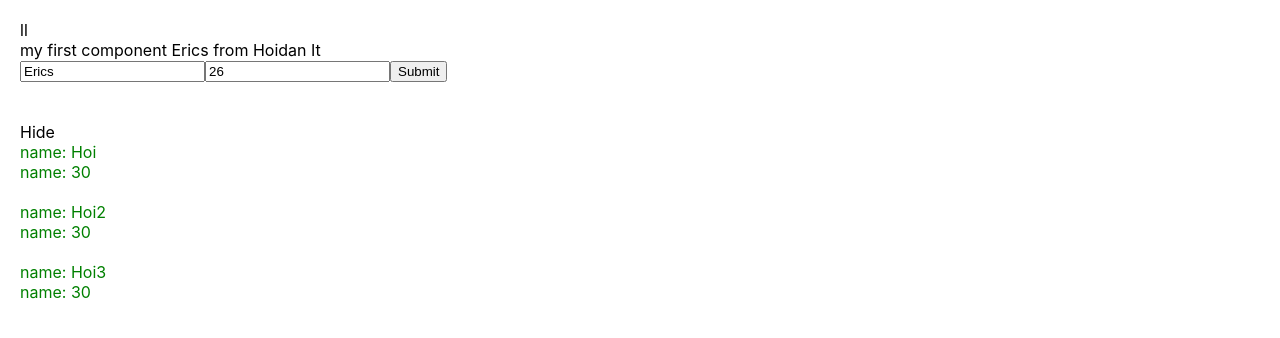
Repository: tvvn12/React-demo
Page: /
These files come from the project's save history. The page is drawn as it stood at one moment and after the next save; the edit follows.
The browser window is 1280 px wide. The pictures show the whole page.
The project was rebuilt for these pictures with package versions that can differ from the ones it lists, and the page was loaded fresh each time.

Above is the page before, as saved 2024-03-05 14:51:49.

### src/index.js
import React from "react";
import ReactDOM from "react-dom/client";
import App from "./App";
import reportWebVitals from "./reportWebVitals";
import { Provider } from "react-redux";
import store from "./redux/store";

const root = ReactDOM.createRoot(document.getElementById("root"));
root.render(
  <Provider store={store}>
    <App />
  </Provider>
);

// If you want to start measuring performance in your app, pass a function
// to log results (for example: reportWebVitals(console.log))
// or send to an analytics endpoint. Learn more: https://bit.ly/CRA-vitals
reportWebVitals();

### src/App.js
import React from "react";
import MyComponent from "./components/MyComponent";
import "./App.css";
class App extends React.Component {
  render() {
    return (
      <div className="App">
        ll
        <MyComponent></MyComponent>
      </div>
    );
  }
}
// const App = () => {
//   //   return (
//   //     <div className="App">
//   //       ll
//   //       <MyComponent></MyComponent>
//   //     </div>
//   //   );
//   // };
// };
// const App = () => {
//   return (
//     <div className="App">
//       ll
//       <MyComponent></MyComponent>
//     </div>
//   );
// };

export default App;

### src/components/MyComponent.js
import React from "react";
import AddUserInfo from "./AddUserInfor";
import DisplayInfo from "./DisplayInfo";

class MyComponent extends React.Component {
  state = {
    listUsers: [
      {
        id: 1,
        name: "Hoi",
        age: "30",
      },
      {
        id: 2,
        name: "Hoi2",
        age: "30",
      },
      {
        id: 3,
        name: "Hoi3",
        age: "30",
      },
    ],
  };
  handleAddNew = (userObj) => {
    alert("me");
  };
  render() {
    return (
      <div>
        <AddUserInfo handleAddNew={this.handleAddNew} />
        <br />
        <br />

        <DisplayInfo users={this.state.listUsers}></DisplayInfo>
      </div>
    );
  }
}

export default MyComponent;

### src/App.css
body {
  padding: 20px;
  margin: 0;
  font-family: -apple-system, BlinkMacSystemFont, "Segoe UI", "Roboto", "Oxygen",
    "Ubuntu", "Cantarell", "Fira Sans", "Droid Sans", "Helvetica Neue",
    sans-serif;
  -webkit-font-smoothing: antialiased;
  -moz-osx-font-smoothing: grayscale;
}

code {
  font-family: source-code-pro, Menlo, Monaco, Consolas, "Courier New",
    monospace;
}

/*  */
.red {
  color: red;
}
.green {
  color: green;
}
.App-logo {
  height: 40vmin;
  pointer-events: none;
}

@media (prefers-reduced-motion: no-preference) {
  .App-logo {
    animation: App-logo-spin infinite 20s linear;
  }
}

.App-header {
  background-color: #282c34;
  min-height: 100vh;
  display: flex;
  flex-direction: column;
  align-items: center;
  justify-content: center;
  font-size: calc(10px + 2vmin);
  color: white;
}

.App-link {
  color: #61dafb;
}

@keyframes App-logo-spin {
  from {
    transform: rotate(0deg);
  }
  to {
    transform: rotate(360deg);
  }
}

### src/components/AddUserInfor.js
import React from "react";

class AddUserInfo extends React.Component {
  state = {
    name: "Erics",
    address: "Hoidan It",
    age: 26,
  };
  // handleClick(event) {
  //   console.log(event);
  // }
  // handleMouse(event) {
  //   console.log(event.pageX);
  // }
  handleOnchange(event) {
    console.log(event, event.target.value);
    this.setState({
      name: event.target.value,
      age: event.target.value,
    });
  }
  handleOnSubmit(e) {
    e.preventDefault();
    this.props.handleAddNew();
  }
  render() {
    return (
      <div className="">
        my first component {this.state.name} from {this.state.address}
        {/* <button onMouseOver={this.handleMouse} onClick={this.handleClick}>
          Click me
        </button> */}
        <form action="" onSubmit={(e) => this.handleOnSubmit(e)}>
          <input
            value={this.state.name}
            onChange={(event) => this.handleOnchange(event)}
            type="text"
            name=""
            id=""
          />
          <input
            value={this.state.age}
            onChange={(event) => this.handleOnchange(event)}
            type="text"
            name=""
            id=""
          />
          <button>Submit</button>
        </form>
      </div>
    );
  }
}
export default AddUserInfo;

### src/components/DisplayInfo.js
import React from "react";

class DisplayInfo extends React.Component {
  state = {
    isShow: true,
  };
  handleClick = () => {
    this.setState({
      isShow: !this.state.isShow,
    });
  };
  render() {
    const { users } = this.props;

    console.log(this.props);
    return (
      <div className="">
        <div className="">
          <span
            onClick={() => {
              this.handleClick();
            }}
          >
            {this.state.isShow === true ? "Hide" : "Show"}
          </span>
        </div>
        {this.state.isShow && (
          <div>
            {users.map((item, index) => {
              return (
                <div key={item.id} className={+item.age > 30 ? "red" : "green"}>
                  <div className="">name: {item.name}</div>
                  <div className="">name: {item.age}</div>
                  <br />
                </div>
              );
            })}
          </div>
        )}
      </div>
    );
  }
}

export default DisplayInfo;

Loaded but not shown: public/index.html (common file); src/reportWebVitals.js (common file); src/redux/store.js (common file); src/redux/reducer/rootReducer.js (common file); src/redux/reducer/counterReducer.js (common file); src/redux/action/counterAction.js (common file)

After the next save:
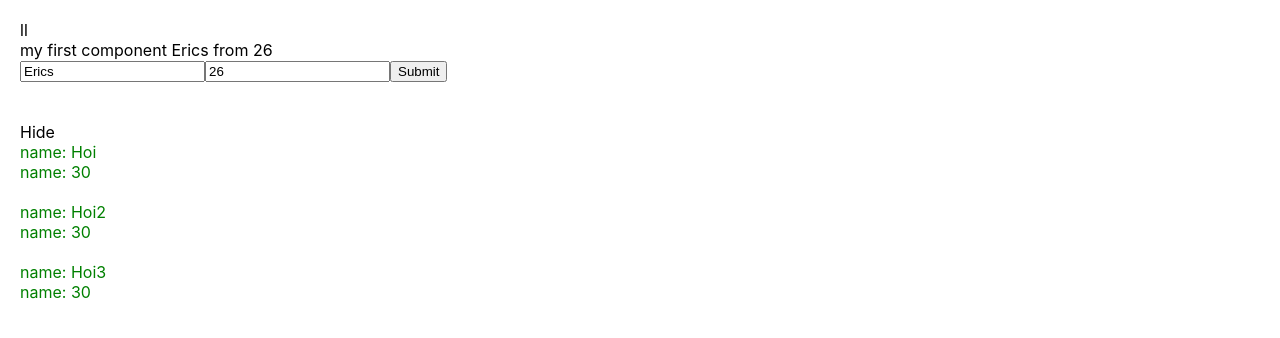
Saved 12 s later.
--- a/src/components/AddUserInfor.js
+++ b/src/components/AddUserInfor.js
@@ -26,7 +26,7 @@ class AddUserInfo extends React.Component {
   render() {
     return (
       <div className="">
-        my first component {this.state.name} from {this.state.address}
+        my first component {this.state.name} from {this.state.age}
         {/* <button onMouseOver={this.handleMouse} onClick={this.handleClick}>
           Click me
         </button> */}
